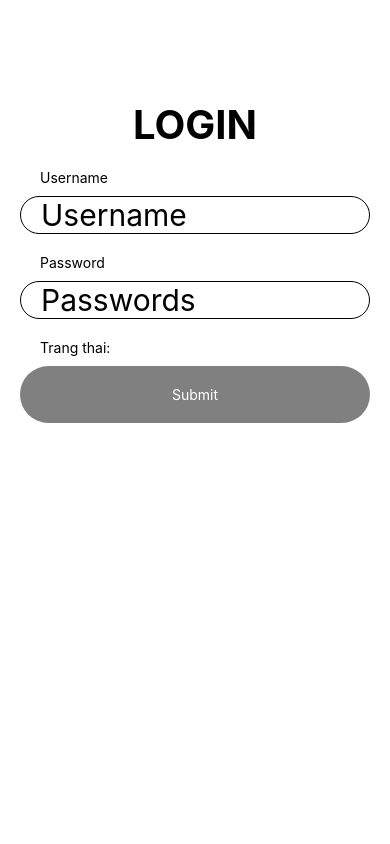
Repository: vietnguyenhoangw/ReactNative-FirstApplication
Screen: /
The author's editor kept a copy of each file at every save. The screen is drawn from the files as they stood at one save, then again after a run of saves.
The app was drawn by React Native's web renderer in a window 390 px wide. The project was rebuilt for these pictures with package versions that can differ from the ones it lists, and the page was loaded fresh each time.

Above is the screen before, as saved 2019-12-11 09:44:16.

### App.js
// import thu vien

import React, {Component} from "react"

import {
  View,
  Text,
  StyleSheet,
  TextInput,
  TouchableOpacity,
} from "react-native"

// code class, component : render

class HelloWorld extends Component {

  constructor(props) {
    super(props);

    this.state = {
      username: '',
      password: '',
      text: '',
    }
  }

  click() {
    var Username = "aaa";
    var Password = "bbb";

    if (this.state.username != Username) {
      console.log('Sai username, password')
      this.setState({
        text : "Sai username, password"
      })
    }else {
      if (this.state.password != Password) {
        console.log('Sai username, password')
        this.setState({
          text : "Sai username, password"
        })
      }
      else {
        console.log('Thanh Cong')
        this.setState({
          text : "Thanh cong"
        })
      }
    }
  }

  render() {
    return(
      <View style={styles.viewOnScreen}>

        <View style={styles.viewHeader}>

          <Text style={styles.textTitle}>LOGIN</Text>

        </View>

        <View style={styles.body}>

          <Text style={styles.textUser}>Username</Text>

          <TextInput
            style={styles.textInput}
            placeholder = "Username"
            onChangeText={(text) => this.setState({username:text})}/>

          <Text style={styles.textUser}>Password</Text>

          <TextInput style={styles.textInput}
           placeholder = "Passwords"
           onChangeText={(text) => this.setState({password:text})} />

          <Text style={styles.textUser}>Trang thai: {this.state.text}</Text>

          <TouchableOpacity
            style={styles.btn}
            onPress={() => {this.click()}}>
            <Text style={styles.textBtn}>Submit</Text>
          </TouchableOpacity>

        </View>

      </View>
    );
  }
}

const styles = StyleSheet.create({
  viewOnScreen: {
    width: '100%',
    height: '100%'
  },
  viewHeader: {
      width:'100%',
  },
  textTitle: {
    textAlign:'center',
    marginTop: 100,
    marginBottom: 20,
    fontWeight:'bold',
    fontSize: 40
  },
  textUser: {
    marginLeft: 40,
    marginRight: 20,
    marginBottom: 10,
  },
  textInput:{
    borderRadius:50,
    marginBottom: 20,
    marginLeft: 20,
    marginRight: 20,
    borderWidth:1,
    borderColor: 'black',
    fontSize:30,
    paddingLeft: 20,
    paddingRight: 10
  },
  btn: {
    borderRadius:50,
    backgroundColor:'gray',
    marginLeft: 20,
    marginRight: 20,
    padding:20,
  },
  textBtn: {
    width:'100%',
    color: 'white',
    textAlign:'center',
  }
});

export default HelloWorld

After the next 4 saves:
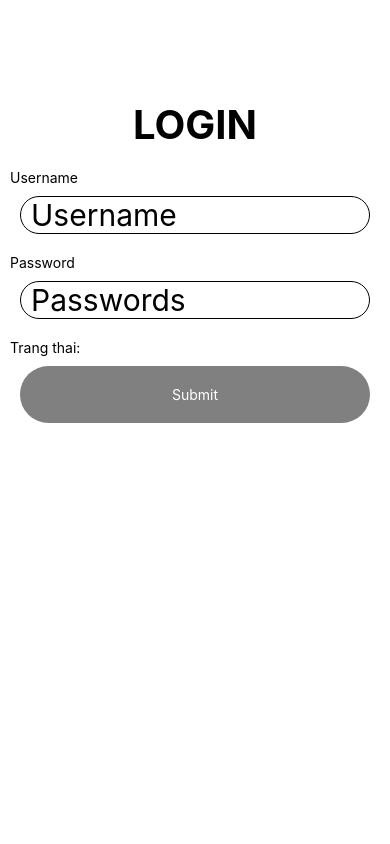
The 4 saves are shown as one change because they came seconds apart.
The last was saved 25 s later.
--- a/App.js
+++ b/App.js
@@ -105,7 +105,7 @@ const styles = StyleSheet.create({
     fontSize: 40
   },
   textUser: {
-    marginLeft: 40,
+    marginLeft: 10,
     marginRight: 20,
     marginBottom: 10,
   },
@@ -117,7 +117,7 @@ const styles = StyleSheet.create({
     borderWidth:1,
     borderColor: 'black',
     fontSize:30,
-    paddingLeft: 20,
+    paddingLeft: 10,
     paddingRight: 10
   },
   btn: {
